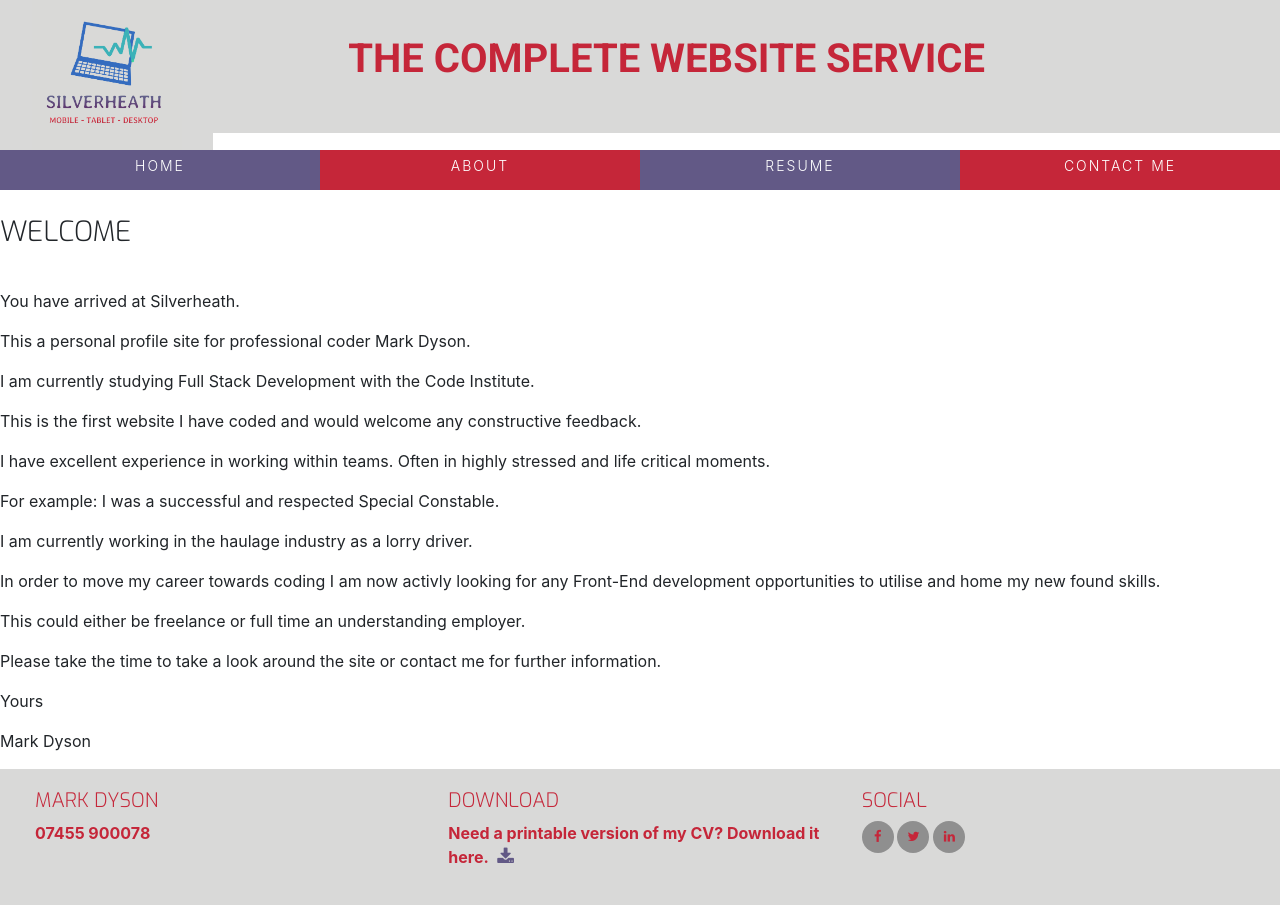
Repository: Code-Institute-Submissions/silverheath
Page: index.html
The author's editor kept a record of every edit. The page is drawn from the files as they stood at one moment, then again after the next edit.
The browser window is 1280 px wide. The pictures show the whole page.
Some web libraries are served in a nearby version.

Above is the page before.

### index.html
<!DOCTYPE html>
<html lang="en">

<head>
    <meta name="author" content="Mark Dyson">
    <meta charset="UTF-8">
    <meta name="viewport" content="width=device-width, initial-scale=1.0">
    <meta http-equiv="X-UA-Compatible" content="ie=edge">
    <link rel="stylesheet" href="https://maxcdn.bootstrapcdn.com/bootstrap/4.2.1/css/bootstrap.min.css" type="text/css" />
    <link rel="stylesheet" href="https://maxcdn.bootstrapcdn.com/font-awesome/4.7.0/css/font-awesome.min.css" type="text/css" />
    <link rel="stylesheet" href="https://cdnjs.cloudflare.com/ajax/libs/hover.css/2.1.1/css/hover-min.css" type="text/css" />
    <link rel="stylesheet" href="assets/css/style.css">
    <title>SilverHeath</title>
</head>

<body>
    <header>
        <div class="row no-gutters">
            <a class="col-md-2 logo" href="index.html"></a>
            <div class="col-md-10">
                <div class="row no-gutters bg-color-name-title uppercase">
                    <div class="col heading">
                        <h1 class="title" <h1 class="title">The complete website service</h1>

                    </div>
                </div>
            </div>
        </div>
        <div class="row no-gutters">
            <div class="col">
                <ul id="nav" class="list-inline menucontainer">
                    <li class="col-6 col-sm-3 list-inline-item ui-menu-color-home menuitem">
                        <a href="index.html" class="hvr-bounce-to-top"><span>Home</span></a>
                    </li>
                    <li class="col-6 col-sm-3 list-inline-item ui-menu-color-about menuitem">
                        <a href="about.html" class="hvr-bounce-to-bottom"><span>About</span></a>
                    </li>
                    <li class="col-6 col-sm-3 list-inline-item ui-menu-color-resume menuitem">
                        <a href="resume.html" class="hvr-bounce-to-top"><span>Resume</span></a>
                    </li>
                    <li class="col-6 col-sm-3 list-inline-item ui-menu-color-contact menuitem">
                        <a href="contact.html" class="hvr-bounce-to-bottom"><span>Contact Me</span></a>
                    </li>
                </ul>
            </div>
        </div>
        </div>
        </div>
    </header>
    <h3 class="section-heading uppercase intro-header">Welcome</h3>
    <div class=intro-header>
        <p>You have arrived at Silverheath. </p>
    </div>
    <div class="intro">
        <p>This a personal profile site for professional coder Mark Dyson.</p>
    </div>
    <div class="intro">
        <p>I am currently studying Full Stack Development with the Code Institute. </p>
    </div>
    <div class="intro">
        <p>This is the first website I have coded and would welcome any constructive feedback. </p>
    </div>
    <div class="intro">
        <p>I have excellent experience in working within teams. Often in highly stressed and life critical moments. </p>
        <p>For example: I was a successful and respected Special Constable. </p>
    </div>
    <div class="intro">
        <p>I am currently working in the haulage industry as a lorry driver. </p>
        <p>In order to move my career towards coding I am now activly looking for any Front-End development opportunities to utilise and home my new found skills. </p>
        <p>This could either be freelance or full time an understanding employer. </p>
    </div>
    <div class="intro">
        <p>Please take the time to take a look around the site or contact me for further information.</p>
    </div>
    <div class="intro">
        <p>Yours</p>
        <p>Mark Dyson</p>

        </p>
    </div>
    </div>
    </div>
    </div>
    </div>

    </section>
    <footer class="container-fluid">
        <div id="footer-details" class="row">
            <div class="col-sm-4">
                <h5 class="uppercase general-sub">Mark Dyson</h5>
                <p class="inline-block">
                    07455 900078
                </p>
            </div>
            <div class="col-sm-4">
                <h5 class="uppercase general-sub">Download</h5>
                <p class="inline-block">
                    Need a printable version of my CV? Download it here.
                    <a href="assets/cv/cv.pdf" target="_blank" class="cv-pdf">
                                  <i class="fa fa-download" aria-hidden="true"></i>
                                  <span class="sr-only">Download link.</span>
                              </a>
                </p>
            </div>
            <div class="col-sm-4">
                <h5 class="uppercase general-sub">Social</h5>
                <ul class="list-inline social-links">
                    <li class="list-inline-item">
                        <a target="_blank" href="https://www.facebook.com/T123MRD">
                                        <i class="fa fa-facebook" aria-hidden="true"></i>
                                        <span class="sr-only">Facebook</span>
                                    </a>
                    </li>
                    <li class="list-inline-item">
                        <a target="_blank" href="https://twitter.com/md1858">
                                        <i class="fa fa-twitter" aria-hidden="true"></i>
                                        <span class="sr-only">Twitter</span>
                                    </a>
                    </li>
                    <li class="list-inline-item">
                        <a target="_blank" href="https://www.linkedin.com/in/mark-dyson-ba7397a1/">
                                        <i class="fa fa-linkedin" aria-hidden="true"></i>
                                        <span class="sr-only">LinkedIn</span>
                                    </a>
                    </li>



                </ul>
            </div>
        </div>
    </footer>
</body>

</html>

### assets/css/style.css
@import url('https://fonts.googleapis.com/css?family=Roboto:100,200,300,400,500,600,700|Exo:100,200,300,400,500,600,700');

/*--------------------------------------------Colors*/

.bg-color-name-title {
    background-color: #D9D9D8;
}

.bg-color-main-section {
    background-color: #fff;
}

.bg-color-personal-info {
    background-color: #f4f4f4;
}

.bg-color-portfolio {
    background-color: #625986;
}

.bg-color-contact {
    background-color: white;
}

.ui-menu-color-home {
    background-color: #625986;
}

.ui-menu-color-resume {
    background-color: #625986;
}

.ui-menu-color-about {
    background-color: #C52639;
}

.ui-menu-color-contact {
    background-color: #C52639;
}

.ui-menu-color-download {
    background-color: #525252;
}

.row-table {
    display: table;
}

.section-column {
    display: table-cell;
    padding: 0 30px 30px;
    float: none;
}

.section-heading {
    font-family: "Exo", sans-serif;
    font-weight: 300;
    margin-top: 25px;
    margin-bottom: 60px;
}

.portfolio-heading {
    color: #625986;
    font-weight: bold;
}


/* ----------------------------------------Special paddings/margins/text */

h1,
h2,
h3,
h4 {
    margin: 0;
}

.uppercase {
    text-transform: uppercase;
}

.general-sub {
    font-family: "Exo", sans-serif;
    font-weight: 300;
    color: #C52639;
}

.inline-block {
    display: inline-block;
}

.row-table {
    display: table;
}

.section-column {
    display: table-cell;
    padding: 0 30px 30px;
    float: none;
}

.history-heading,
.section-heading {
    font-family: "Exo", sans-serif;
    font-weight: 300;
    margin-top: 25px;
    margin-bottom: 40px;
}

.bottom-resume {
    padding: 0 130px 130px;

}


/*--------------------------------------------Heading*/

header {
    margin: 0;
}

.heading {
    margin-top: 30px;
    margin-left: 5px;
    margin-bottom: 30px;
}

.logo {
    background: url("../images/logo.jpg");
    background-position: center;
    background-repeat: no-repeat;
    background-size: contain;
    background-color: #D9D9D8;
    min-height: 150px;
    max-height: 247px;
    transition: all .5s ease-in-out;
    -moz-transition: all .5s ease-in-out;
    -webkit-transition: all .5s ease-in-out;
}

.name {
    font-family: "Roboto", sans-serif;
    font-weight: 800;
    font-size: 50px;
    margin-top: 10px;
    margin-bottom: 10px;
    margin-left: 130px;
    color: #625986;
    text-align: left;
}

.title {
    font-family: "Roboto", sans-serif;
    font-weight: 800;
    font-size: 40px;
    margin-top: 5px;
    margin-bottom: 20px;
    margin-left: 130px;
    color: #C52639;
    text-align: left;
}

.list-inline-item:not(:last-child) {
    margin: 0;
}

.menucontainer {
    font-size: 0;
}

#nav li {
    font-size: 14px;
    padding: 0;
}

#nav {
    margin: 0;
}

.menuitem {
    height: 40px;
    text-align: center;
    padding: 0;
}

.menuitem a {
    width: 100%;
    text-decoration: none;
    color: #fff;
    height: 40px;
}

.menuitem a i {
    padding-top: 22px;
    display: block;
    color: #fafafa;
    font-size: 26px;
}

.menuitem span {
    display: block;
    width: 100%;
    padding-top: 5px;
    text-align: center;
    text-transform: uppercase;
    font-size: 14px;
    font-weight: 300;
    letter-spacing: 2px;
}

/*----------------------summary----------------------*/

.topline {
    padding-top: 20px;
    padding-bottom: 10px;
    margin-bottom: 15px;
    margin-left: 200;
    text-align: center;
    font-size: 40px;
    text-transform: uppercase;
    font-weight: bold;
    color: #625986;
}

.middleline {
    padding-top: 10px;
    padding-bottom: 10px;
    margin-bottom: 15px;
    margin-left: 200;
    text-align: center;
    font-size: 40px;
    text-transform: uppercase;
    font-weight: bold;
    color: #625986;
}

.bottomline {
    padding-top: 10px;
    padding-bottom: 30px;
    margin-bottom: 15px;
    margin-left: 200;
    text-align: center;
    font-size: 40px;
    text-transform: uppercase;
    font-weight: bold;
    color: #625986;
}

/*----------------------Hover.css----------------------*/

/* hvr-underline-from-center:before */

hvr-outline-out {
    background: #C52639;
    height: 40px;
}

/* ----------------------Footer---------------------- */

footer {
    background-color: #525252;
    color: #C52639;
    min-height: 120px;
    margin: 0;
}

.cv-pdf i {
    font-size: 18px;
    color: #625986;
    text-align: center;
    padding-left: 5px;
    transition: all 0.35s ease-in-out;
    -moz-transition: all 0.35s ease-in-out;
    -webkit-transition: all 0.35s ease-in-out;
    -o-transition: all 0.35s ease-in-out;
}

.cv-pdf i:hover {
    color: #C52639;
}

.social-links {
    padding-bottom: 15px;
}

.social-links li a i {
    width: 32px;
    height: 32px;
    padding: 12px 0;
    border-radius: 50%;
    font-size: 13px;
    line-height: 7px;
    text-align: center;
    color: #C52639;
    background: #8f8f8f;
    transition: all 0.35s ease-in-out;
    -moz-transition: all 0.35s ease-in-out;
    -webkit-transition: all 0.35s ease-in-out;
    -o-transition: all 0.35s ease-in-out;
}

.social-links li a i:hover {
    background: #625986;
}

#footer-details {
    padding: 20px;
    background-color: #D9D9D8;
    color: #C52639;
    font-weight: bold;
}



/* ----------------------Contact Form---------------------- */

.contact-heading {
    font-family: "Exo", sans-serif;
    font-weight: 300;
    margin-top: 25px;
    margin-bottom: 20px;
}

.center-form {
    padding-top: 10px;
    margin: 0 auto;
    max-width: 70%;
}

button[type="submit"] {
    margin-top: 15px;
    margin-bottom: 20px;
    color: white;
    background-color: #625986;
}

/* ----------------------Media Queries---------------------- */

@media(min-width: 992px) {
    .center-form {
        padding-top: 30px;
        min-height: 240px;
        margin: 0 auto;
        max-width: 50%;
    }
}

After the next edit:
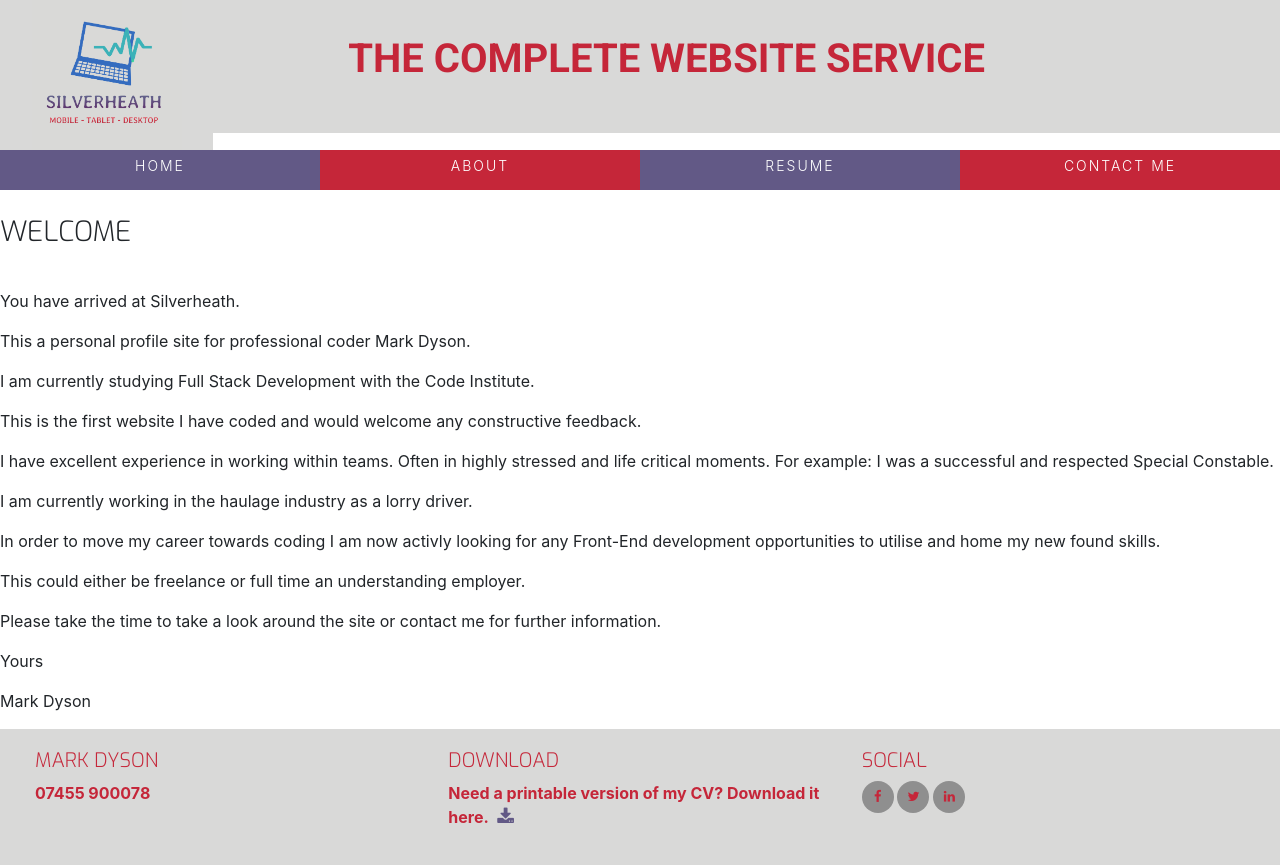
The edit:
--- a/index.html
+++ b/index.html
@@ -61,8 +61,7 @@
         <p>This is the first website I have coded and would welcome any constructive feedback. </p>
     </div>
     <div class="intro">
-        <p>I have excellent experience in working within teams. Often in highly stressed and life critical moments. </p>
-        <p>For example: I was a successful and respected Special Constable. </p>
+        <p>I have excellent experience in working within teams. Often in highly stressed and life critical moments. For example: I was a successful and respected Special Constable. </p>
     </div>
     <div class="intro">
         <p>I am currently working in the haulage industry as a lorry driver. </p>
